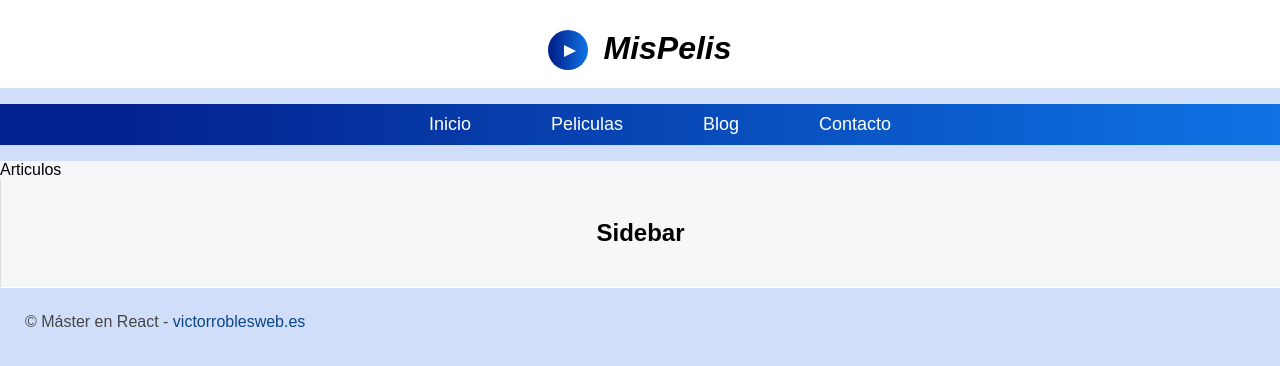
Repository: DamianBermudez94/frondEnd-blog
Page: /articulos
These files come from the project's save history. The page is drawn as it stood at one moment and after the next save; the edit follows.
The browser window is 1280 px wide. The pictures show the whole page.
The project was rebuilt for these pictures with package versions that can differ from the ones it lists, and the page was loaded fresh each time. Also part of the build but not shown: vite.config.js, src/components/pages/Inicio.jsx, src/components/pages/Busqueda.jsx, src/components/pages/Crear.jsx, src/components/pages/Articulo.jsx.

Above is the page before, as saved 2023-08-07 19:26:07.

After the next save:
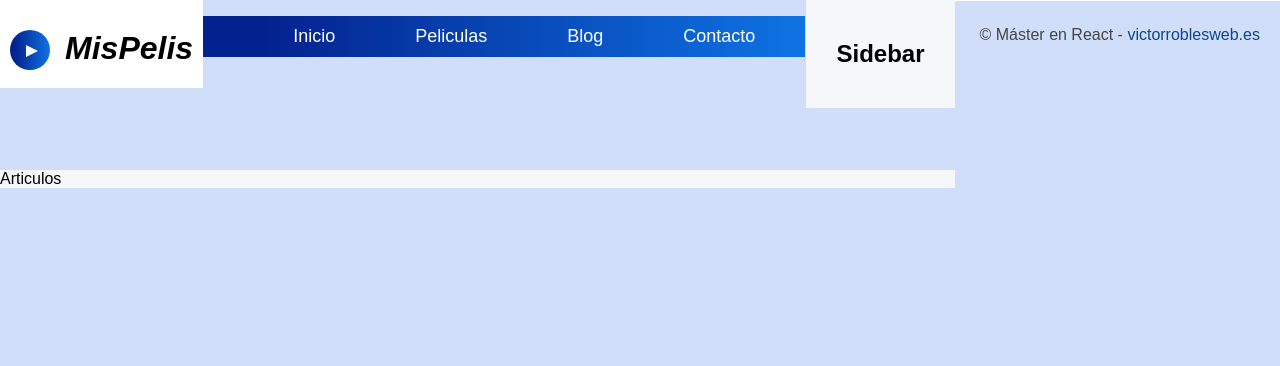
Saved 88 s later.
--- a/src/App.jsx
+++ b/src/App.jsx
@@ -1,12 +1,12 @@
 import { Rutas } from "./router/rutas"
-
+import "./"
 
 
 function App() {
 
 
   return (
-    <div>
+    <div className="layout">
       <Rutas></Rutas>
     </div>
   )
